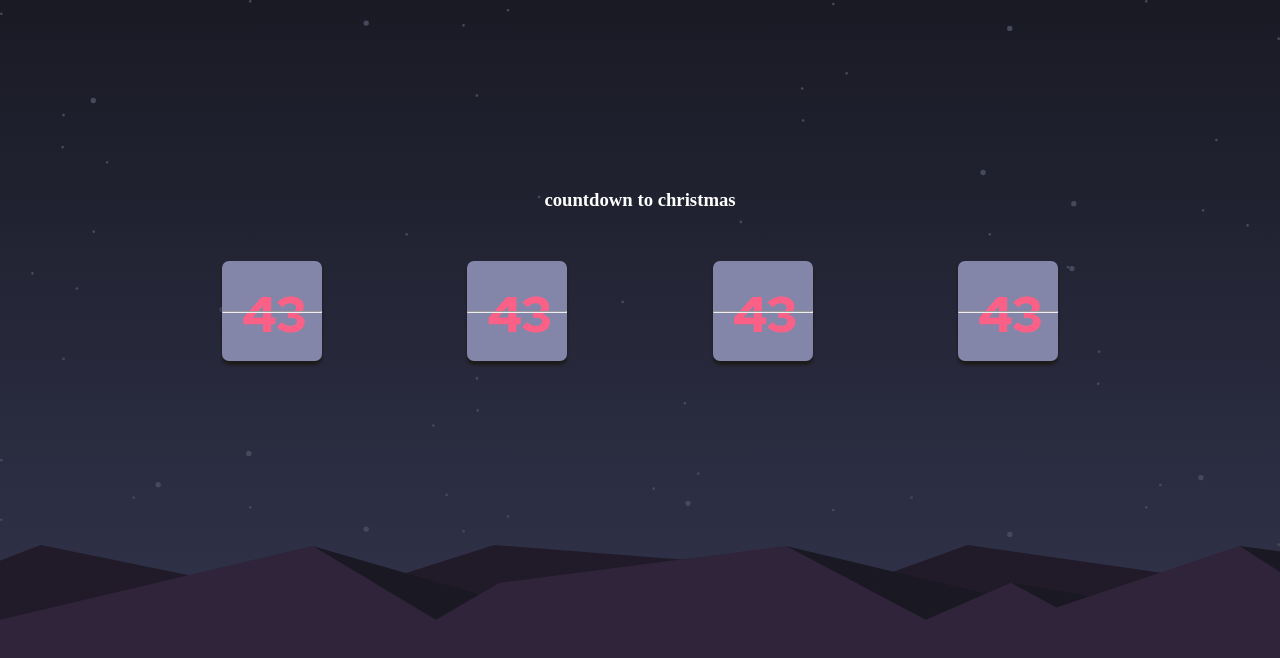
Repository: Eugene44-hub/countdown
Page: index.html
These files come from the project's save history. The page is drawn as it stood at one moment and after the next save; the edit follows.
The browser window is 1280 px wide. The pictures show the whole page.

Above is the page before, as saved 2021-09-12 03:22:12.

After the next save:
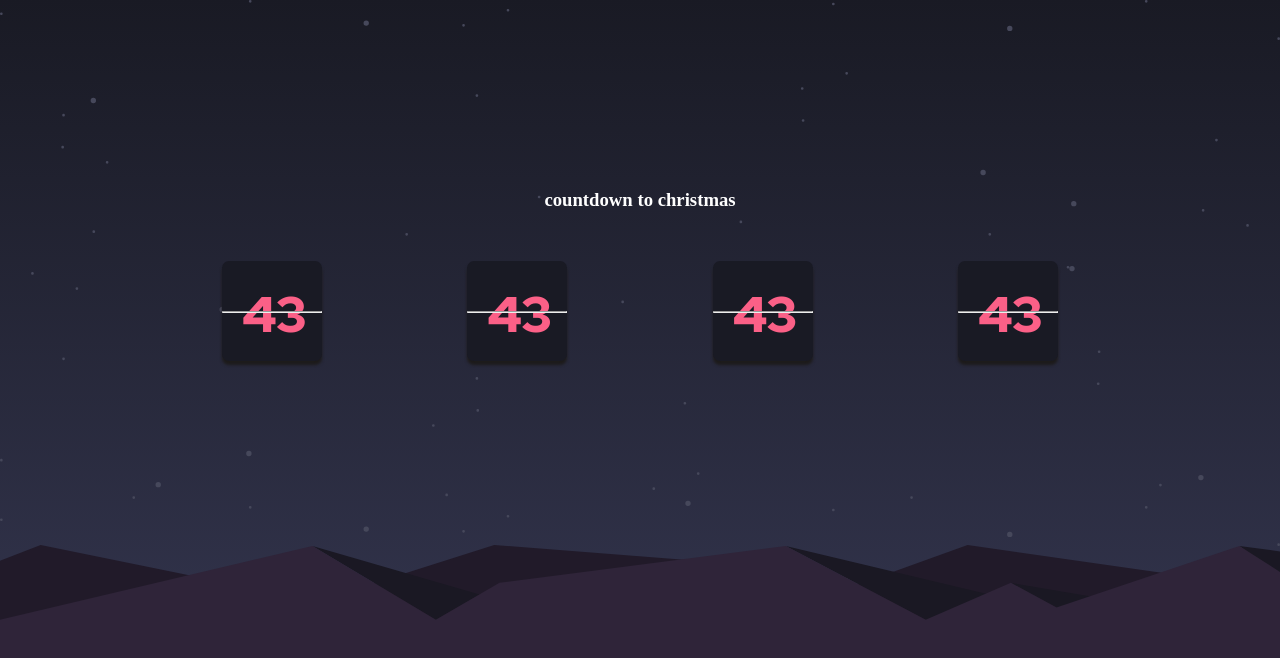
Saved 119 s later.
--- a/style.css
+++ b/style.css
@@ -43,7 +43,7 @@ h3 {
 }
 
 .card {
-    background-color: hsl(237, 18%, 59%);
+    background-color: hsl(234, 17%, 12%);
     padding: 20px;
     width: 100px;
     height: 100px;
